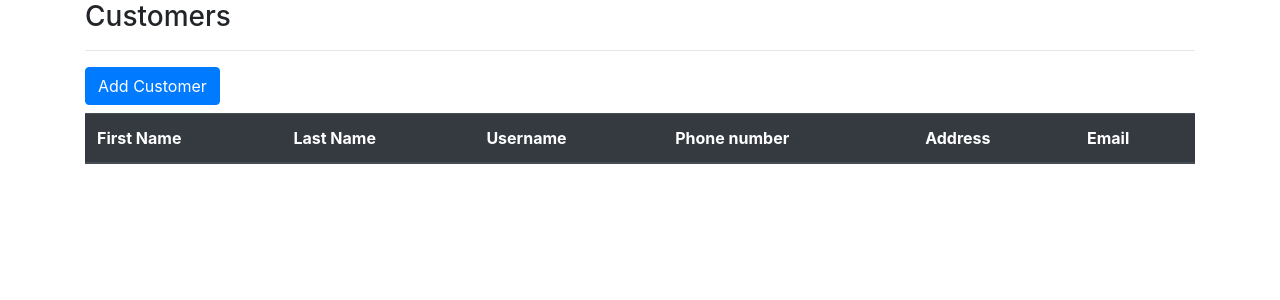
Repository: messimacky/Movie-Rental-System-Front-End
Page: /customers
The author's editor kept a copy of each file at every save. The page is drawn from the files as they stood at one save, then again after the next save.
The browser window is 1280 px wide. The pictures show the whole page.
The page's requests for data from a server got no answer. The project was rebuilt for these pictures with package versions that can differ from the ones it lists, and the page was loaded fresh each time. No one was signed in, and anything a server would have sent is missing. Also part of the build but not shown: src/services/movie.service.js, src/components/AddMovie.js, src/components/MoviesList.js, src/components/NotFound.js, src/components/login/Login.js, src/components/AddCustomer.js, src/components/customerRegistration/CustomerRegistration.css, src/components/customerRegistration/CustomerRegistration.js.

Above is the page before, as saved 2022-04-16 14:15:16.

### src/App.js
import { BrowserRouter as Router, Switch, Route } from 'react-router-dom';
import AddMovie from './components/AddMovie';
import MoviesList from "./components/MoviesList";
import NotFound from "./components/NotFound";
import Login from './components/login/Login';
import AddCustomer from './components/AddCustomer'
import CustomersList from './components/CustomerList';
import CustomerRegistration from './components/customerRegistration/CustomerRegistration';

//import { Switch } from "react-router-dom";
function App() {
  return (
    <Router>
      <div>
        <Switch>
          <Route exact path="/" component={MoviesList} />
          <Route exact path="/customers" component={CustomersList} />
          <Route path="/login" component={Login} />
          <Route path="/add-movie" component={AddMovie} />
          <Route path="/add-customer" component={AddCustomer} />

          <Route path="/movies/edit/:id" component={AddMovie} />
          <Route path="/sign-up" component={CustomerRegistration} />
          <Route path="*" component={NotFound} />
        </Switch>
      </div>
    </Router>
  )
}

export default App;

### src/components/CustomerList.js
import { useEffect, useState } from "react";
import 'bootstrap/dist/css/bootstrap.min.css';
import customerService from "../services/customer.service";
import { Link } from "react-router-dom";

const CustomersList = () => {
    const [customers, setCustomers] = useState([]);


    useEffect(() => {
        init();

    }, [])

    const init = () => {
        customerService.getAll()
            .then(response => {
                console.log(response.data);
                setCustomers(response.data);

            })
            .catch(error => {
                console.log("Something went wrong", error);
            })
    }

    const handleDelete = id => {
        customerService.remove(id)
            .then(response => {
                console.log("Customer deleted succesfully", response.data);
                init();

            })
            .catch(error => {
                console.log("Something went wrong", error);
            })
    }


    return (
        <div className="container">

            <h3>Customers</h3>
            <hr />
            <div>
                <Link to="/add-customer" className="btn btn-primary mb-2">Add Customer</Link>




                <table className="table table-border table-sriped">
                    <thead className="thead-dark">
                        <tr>
                            <th>First Name</th>
                            <th>Last Name</th>
                            <th>Username</th>
                            <th>Phone number</th>
                            <th>Address</th>
                            <th>Email</th>



                        </tr>
                    </thead>
                    <tbody>
                        {
                            customers.map(customer => (
                                <tr key={customer.id} >

                                    <td>{customer.firsname}</td>
                                    <td>{customer.lastname}</td>
                                    <td>{customer.username}</td>
                                    <td>{customer.phone}</td>
                                    <td>{customer.address}</td>
                                    <td>{customer.email}</td>

                                    <td>
                                        <Link className="btn btn-info" to={`/customers/edit/${customer.id}`}> Update</Link>
                                        <button className="btn btn-danger ml-2" onClick={(e) => {
                                            handleDelete(customer.id);
                                        }}>Delete</button>
                                    </td>

                                </tr>
                            ))
                        }
                    </tbody>
                </table>
            </div>

        </div>
    );
}

export default CustomersList;

### src/components/login/Login.css
body {
    margin: 0;
    padding: 0;
    /* font-family: sans-serif; */
    background-size: cover;
    background-repeat: no-repeat;
}



.form {
    position: absolute;
    top: 50%;
    left: 50%;
    border: none;
    transform: translate(-50%, -50%);
    width: 400px;
    min-height: 450px;
    background-color: #fff;
    box-shadow: 0 15px 50px rgba(0, 0, 0, 0.5);
    padding: 50px;
    box-sizing: border-box;

    /* background: url(data:[embedded picture, 5679 characters]); */
    /* background: url(https://picsum.photos/3000/2000/?image=1015); */



}

.form h2 {
    margin-left: 60px;
    margin-top: 40px;
    color: white;
    /* margin: 30 0 40px; */
    padding: 0;
    color: black;
}

.form .input-box {
    position: relative;
    margin: 5px 0;
}

.form .input-box input {
    width: 100%;
    font-size: 10px;
    border: none;
    border-bottom: 2px solid #777;
    outline: none;
    padding: 10px;
    padding-left: 30px;
    box-sizing: border-box;
    font-weight: bold;
    color: #777;
}

.form .input-box input:focus,
.form .input-box input:valid {
    border-bottom-color: #03a9f4;
}

.form .input-box .fa {
    position: absolute;
    top: 8px;
    left: 5px;
    font-size: 18px;
    color: #777;
}

.form .input-box input[type="submit"] {
    border: none;
    cursor: pointer;
    background-color: #03a9f4;
    color: #fff;
    font-weight: bold;
    transition: 0.5s;
}

.form .input-box input[type="submit"]:hover {
    background-color: #ff4987;

}

.form a {
    text-decoration: none;
    color: black;

    margin-top: 4px;
    margin-left: 170px;
    /* font-weight: bold; */
    display: inline-block;
    transition: 0.5s;
}


.submit {
    margin-top: 30px;
    margin-left: 30px;


}

.form a {
    margin-top: 20px;
    margin-left: 50px;
    color: black;
    color: blue;
}

.form button {
    margin-top: 10px;
    margin-left: 50px;
    color: black;
    outline: invert;

}

.form button :hover {

    color: blue;
}

### src/services/customer.service.js
import httpClient from '../http-common';

const getAll = () => {
    return httpClient.get('/customers');
}

const create = (data) => {
    return httpClient.post("/customers", data);
}

const get = id => {
    return httpClient.get(`/customers/${id}`);
}

const update = (data) => {
    return httpClient.put('/customers', data);
}

const remove = id => {
    return httpClient.delete(`/customers/${id}`);
}

export default { getAll, create, get, update, remove };

### src/http-common.js
import axios from "axios";


export default axios.create({
    baseURL: 'http://localhost:8080',
    headers: {
        'Content_Type': 'application/json'
    }

});

Loaded but not shown: public/index.html (common file); src/index.js (common file); src/index.css (common file); src/reportWebVitals.js (common file)

After the next save:
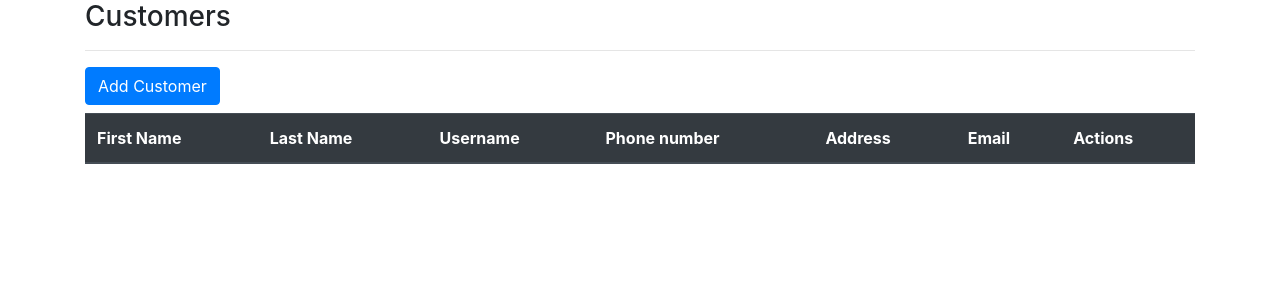
Saved 5 min 34 s later.
--- a/src/components/CustomerList.js
+++ b/src/components/CustomerList.js
@@ -57,6 +57,8 @@ const CustomersList = () => {
                             <th>Phone number</th>
                             <th>Address</th>
                             <th>Email</th>
+                            <th>Actions</th>
+
 
 
 
